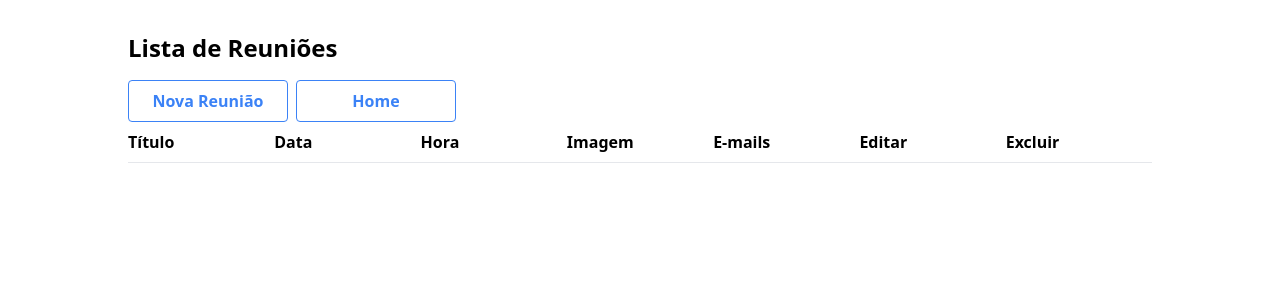
Repository: TamiBeira/meeting
Page: /meetings
The author's editor kept a copy of each file at every save. The page is drawn from the files as they stood at one save, then again after the next save.
The browser window is 1280 px wide. The pictures show the whole page.
The project was rebuilt for these pictures with package versions that can differ from the ones it lists, and the page was loaded fresh each time. Also part of the build but not shown: vite.config.ts, src/contexts/FormContext.tsx, src/components/Form.tsx, src/components/HomePage.tsx.

Above is the page before, as saved 2024-02-26 23:41:25.

### index.html
<!doctype html>
<html lang="pt">
  <head>
    <meta charset="UTF-8" />
    <meta name="viewport" content="width=device-width, initial-scale=1.0" />
    <title>Meeting</title>
  </head>
  <body>
    <div id="root"></div>
    <script type="module" src="/src/main.tsx"></script>
  </body>
</html>

### src/app.tsx
import { BrowserRouter as Router, Routes, Route } from 'react-router-dom';
import { FormProvider } from './contexts/FormContext';
import { MeetingsProvider } from './contexts/MeetingsContext';
import { Form } from './components/Form';
import { MeetingsView } from './components/MeetingsView';
import { HomePage } from './components/HomePage';

export const App = () => {
  return (
    <Router>
      <Routes>
        <Route path="/" element={<HomePage />} />
        <Route path="/form" element={<FormProvider><Form /></FormProvider>} />
        <Route path="/meetings" element={<MeetingsProvider><MeetingsView /></MeetingsProvider>} />
      </Routes>
    </Router>
  );
};

### src/contexts/MeetingsContext.tsx
import React, { createContext, useState, useEffect, useContext } from 'react';
import { toast } from 'react-toastify';

export interface Meeting {
  title: string;
  data: string;
  hora: string;
  imagem?: string; // Tornando a propriedade imagem opcional
  imagemPath?: string;
  emails: string[];
}

interface MeetingsContextType {
  meetings: Meeting[];
  editableIndex: number | null;
  editedMeeting: Meeting;
  handleEdit: (index: number) => void;
  handleSave: () => void;
  handleDelete: (index: number) => void;
  handleInputChange: (event: React.ChangeEvent<HTMLInputElement>, key: string) => void;
}

interface MeetingContextProviderProps {
  children: React.ReactNode;
}

const MeetingsContext = createContext<MeetingsContextType | undefined>(undefined);

export const useMeetingsContext = () => {
  const context = useContext(MeetingsContext);
  if (!context) {
    throw new Error('useMeetingsContext must be used within a MeetingsProvider');
  }
  return context;
};

export const MeetingsProvider: React.FC<MeetingContextProviderProps> = ({ children }) => {
  const [meetings, setMeetings] = useState<Meeting[]>([]);
  const [editableIndex, setEditableIndex] = useState<number | null>(null);
  const [editedMeeting, setEditedMeeting] = useState<Meeting>({
    title: '',
    data: '',
    hora: '',
    emails: [],
  });

  useEffect(() => {
    const storedMeetings = localStorage.getItem('meetingData');
    if (storedMeetings) {
      setMeetings(JSON.parse(storedMeetings));
    }
  }, []);

  const handleEdit = (index: number) => {
    setEditableIndex(index);
    setEditedMeeting(meetings[index]);
    toast.success('Reunião editada com sucesso!');
  };

  const handleSave = () => {
    if (editableIndex === null) return;

    const updatedMeetings = [...meetings];
    updatedMeetings[editableIndex] = editedMeeting;
    setMeetings(updatedMeetings);
    localStorage.setItem('meetingData', JSON.stringify(updatedMeetings));
    setEditableIndex(null);
    setEditedMeeting({
      title: '',
      data: '',
      hora: '',
      emails: [],
    });
    toast.success('Reunião salva com sucesso!');
  };

  const handleDelete = (index: number) => {
    const confirmDelete = window.confirm('Tem certeza que deseja excluir esta reunião?');
    if (confirmDelete) {
      const updatedMeetings = [...meetings];
      updatedMeetings.splice(index, 1);
      setMeetings(updatedMeetings);
      localStorage.setItem('meetingData', JSON.stringify(updatedMeetings));
      toast.success('Reunião excluída com sucesso!');
    }
  };

  const handleInputChange = (event: React.ChangeEvent<HTMLInputElement>, key: string) => {
    setEditedMeeting({ ...editedMeeting, [key]: event.target.value });
  };

  const contextValue: MeetingsContextType = {
    meetings,
    editableIndex,
    editedMeeting,
    handleEdit,
    handleSave,
    handleDelete,
    handleInputChange,
  };

  return (
    <MeetingsContext.Provider value={contextValue}>
      {children}
    </MeetingsContext.Provider>
  );
};

### src/components/MeetingsView.tsx
import React from 'react';
import { Link } from 'react-router-dom';
import { ToastContainer } from 'react-toastify';
import { FaEdit, FaTrash } from 'react-icons/fa';
import { useMeetingsContext } from '../contexts/MeetingsContext';

export const MeetingsView: React.FC = () => {
  const {
    meetings,
    editableIndex,
    editedMeeting,
    handleEdit,
    handleSave,
    handleDelete,
    handleInputChange,
  } = useMeetingsContext();

  const handleImageChange = (e: React.ChangeEvent<HTMLInputElement>) => {
    const file = e.target.files && e.target.files[0];
    if (file) {
      const reader = new FileReader();
      reader.onloadend = () => {
        const imageDataUrl = reader.result as string;
        handleInputChange({ target: { value: imageDataUrl } } as React.ChangeEvent<HTMLInputElement>, 'imagem');
      };
      reader.readAsDataURL(file);
    }
  };

  return (
    <div className="max-w-5xl mx-auto mt-8">
      <h2 className="text-2xl font-bold mb-4">Lista de Reuniões</h2>
      <div className="mt-4">
      <Link to="/form" className="w-40 inline-block text-center border border-solid border-blue-500 text-blue-500 font-bold mr-2 px-4 py-2 rounded">Nova Reunião</Link>
<Link to="/" className="w-40 inline-block text-center border border-solid border-blue-500 text-blue-500 font-bold px-4 py-2 rounded">Home</Link>
      </div>
      <ul>
        <li className="border-b border-gray-200 py-2 flex sm:flex-row font-semibold">
          <div className="w-1/5">Título</div>
          <div className="w-1/5">Data</div>
          <div className="w-1/5">Hora</div>
          <div className="w-1/5">Imagem</div>
          <div className="w-1/5">E-mails</div>
          <div className="w-1/5">Editar</div>
          <div className="w-1/5">Excluir</div>
        </li>
        {meetings.map((meeting, index) => (
          <li key={index} className="border-b border-gray-200 py-4 flex flex-col sm:flex-row justify-center items-center">
            {editableIndex === index ? (
              <>
                <input
                  type="text"
                  value={editedMeeting.title}
                  onChange={(e) => handleInputChange(e, 'title')}
                  className="mb-2 sm:mb-0 mr-4 px-4 py-2 border rounded-md shadow-sm focus:outline-none focus:ring-blue-500 focus:border-blue-500 max-w-28"
                  placeholder="Título"
                />
                <input
                  type="date"
                  value={editedMeeting.data}
                  onChange={(e) => handleInputChange(e, 'data')}
                  className="mb-2 sm:mb-0 mr-4 px-4 py-2 border rounded-md shadow-sm focus:outline-none focus:ring-blue-500 focus:border-blue-500"
                />
                <input
                  type="time"
                  value={editedMeeting.hora}
                  onChange={(e) => handleInputChange(e, 'hora')}
                  className="mb-2 sm:mb-0 mr-4 px-4 py-2 border rounded-md shadow-sm focus:outline-none focus:ring-blue-500 focus:border-blue-500"
                />
                <div className="flex items-center w-1/5">
                  <input
                    type="file"
                    accept="image/*"
                    onChange={handleImageChange}
                    className="hidden"
                    id="input-image"
                  />
                  <label htmlFor="input-image" className="cursor-pointer mr-2">Escolher</label>
                  {editedMeeting.imagem && (
                    <img src={editedMeeting.imagem} alt="Imagem da reunião" className="max-w-xs h-12" />
                  )}
                </div>
                <input
                  type="text"
                  value={editedMeeting.emails.join(', ')}
                  onChange={(e) => handleInputChange(e, 'emails')}
                  className="mb-2 sm:mb-0 mr-4 px-4 py-2 border rounded-md shadow-sm focus:outline-none focus:ring-blue-500 focus:border-blue-500 w-64"
                  placeholder="E-mails"
                />
                <div>
                  <button
                    onClick={handleSave}
                    className="bg-green-500 hover:bg-green-700 text-white font-bold py-2 px-4 mr-2 rounded"
                  >
                    Salvar
                  </button>
                </div>
              </>
            ) : (
              <>
                <div className="w-1/5">{meeting.title}</div>
                <div className="w-1/5">{meeting.data}</div>
                <div className="w-1/5">{meeting.hora}</div>
                <div className="w-1/5">
                  <img src={meeting.imagem} alt="Imagem da reunião" width={50} height={50} className="max-w-xs mx-auto mt-2" />
                </div>
                <div className="w-1/5">{Array.isArray(meeting.emails) ? meeting.emails.join(', ') : ''}</div>
                <div className="w-1/5">
                  <button
                    onClick={() => handleEdit(index)}
                    className="text-blue-500 font-bold"
                  >
                    <FaEdit className="inline-block mr-1" />
                  </button>
                </div>
                <div className='w-1/5 justify-center'>
                  <button
                    onClick={() => handleDelete(index)}
                    className="text-red-500 font-bold"
                  >
                    <FaTrash className="inline-block mr-1" />
                  </button>
                </div>
              </>
            )}
          </li>
        ))}
      </ul>
      <ToastContainer />
    </div>
  );
};

### tailwind.config.js
/** @type {import('tailwindcss').Config} */
export default {
  content: [
    "./index.html",
    "./src/**/*.tsx",
  ],
  theme: {
    extend: {},
  },
  plugins: [],
}

Loaded but not shown: src/main.tsx (common file); src/index.css (common file)

After the next save:
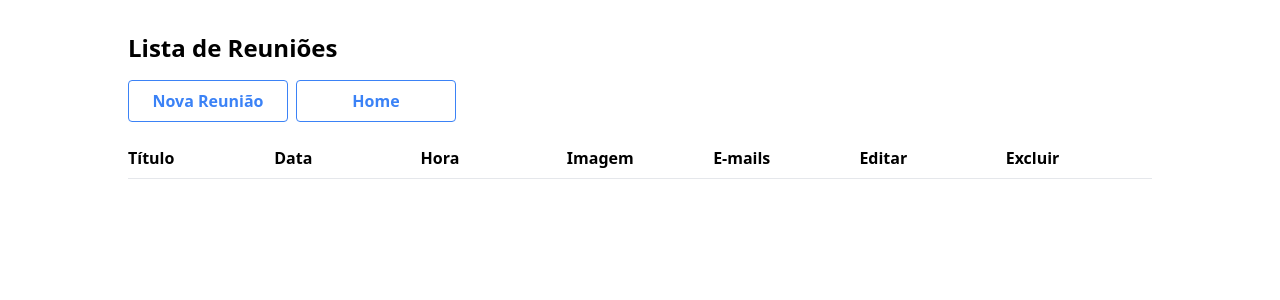
Saved 37 s later.
--- a/src/components/MeetingsView.tsx
+++ b/src/components/MeetingsView.tsx
@@ -30,9 +30,9 @@ export const MeetingsView: React.FC = () => {
   return (
     <div className="max-w-5xl mx-auto mt-8">
       <h2 className="text-2xl font-bold mb-4">Lista de Reuniões</h2>
-      <div className="mt-4">
+      <div className="mt-4 mb-4">
       <Link to="/form" className="w-40 inline-block text-center border border-solid border-blue-500 text-blue-500 font-bold mr-2 px-4 py-2 rounded">Nova Reunião</Link>
-<Link to="/" className="w-40 inline-block text-center border border-solid border-blue-500 text-blue-500 font-bold px-4 py-2 rounded">Home</Link>
+      <Link to="/" className="w-40 inline-block text-center border border-solid border-blue-500 text-blue-500 font-bold px-4 py-2 rounded">Home</Link>
       </div>
       <ul>
         <li className="border-b border-gray-200 py-2 flex sm:flex-row font-semibold">
